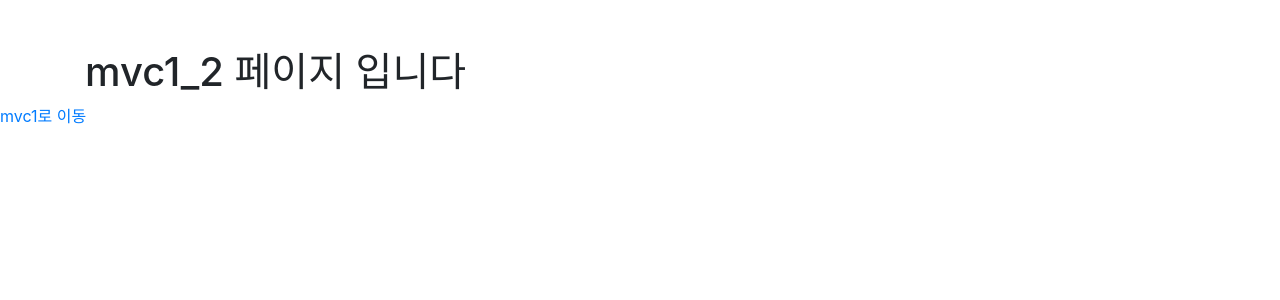
Repository: jaybon1/clone1
Page: http://localhost/sat0613/mvc06_2.jsp
An editor plug-in stored every save of this project. The page is shown before and after the next save, followed by the edit.
The browser window is 1280 px wide. The pictures show the whole page.
The page is served by Tomcat 9.

Above is the page before, as saved 2020-06-10 16:04:52.

### sat0613/WebContent/mvc06_2.jsp
<%@ page language="java" contentType="text/html; charset=UTF-8"
	pageEncoding="UTF-8"%>
<!DOCTYPE html>
<html>
<head>
<meta charset="UTF-8">
<link rel="stylesheet" href="https://maxcdn.bootstrapcdn.com/bootstrap/4.5.0/css/bootstrap.min.css">
<script src="https://ajax.googleapis.com/ajax/libs/jquery/3.5.1/jquery.min.js"></script>
<script src="https://cdnjs.cloudflare.com/ajax/libs/popper.js/1.16.0/umd/popper.min.js"></script>
<script src="https://maxcdn.bootstrapcdn.com/bootstrap/4.5.0/js/bootstrap.min.js"></script>
<title>Insert title here</title>
</head>
<body>
	<div class="container">
		<br />
		<br />
		<h1>mvc1_2 페이지 입니다</h1>
	</div>

	<a href="mvc02_1.jsp">mvc1로 이동</a>
</body>
</html>

After the next save:
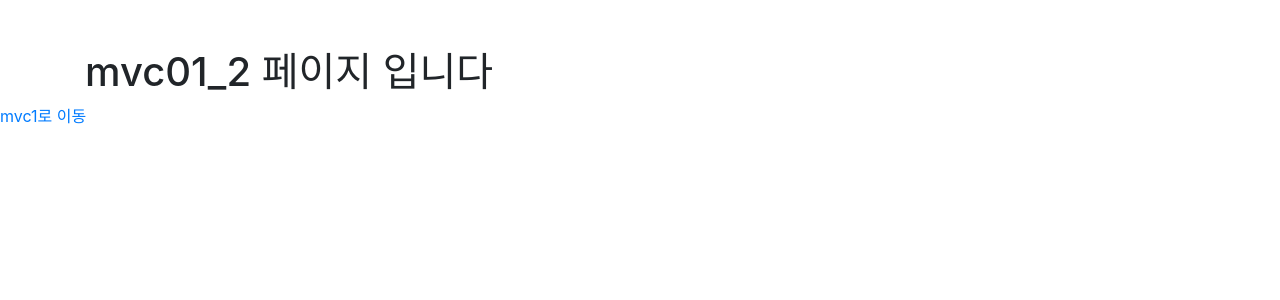
Saved 6 s later.
--- a/sat0613/WebContent/mvc06_2.jsp
+++ b/sat0613/WebContent/mvc06_2.jsp
@@ -14,7 +14,7 @@
 	<div class="container">
 		<br />
 		<br />
-		<h1>mvc1_2 페이지 입니다</h1>
+		<h1>mvc01_2 페이지 입니다</h1>
 	</div>
 
 	<a href="mvc02_1.jsp">mvc1로 이동</a>
